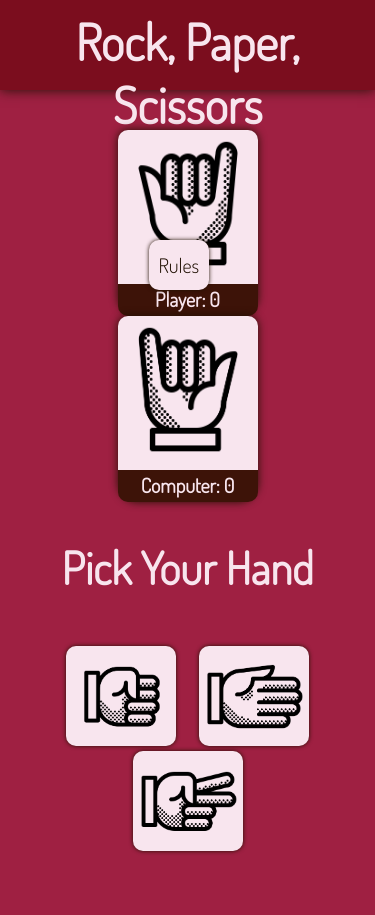
Repository: shayanabedi98/rock-paper-scissors
Page: index.html
An editor plug-in stored every save of this project. The page is shown before and after the next save, followed by the edit.
The browser window is 375 px wide. The pictures show the whole page.

Above is the page before, as saved 2023-07-21 13:25:56.

### index.html
<!DOCTYPE html>
<html lang="en">
<head>
    <meta charset="UTF-8">
    <meta name="viewport" content="width=device-width, initial-scale=1.0">
    <title>Rock, Paper, Scissors</title>
    <link rel="preconnect" href="https://fonts.googleapis.com">
    <link rel="preconnect" href="https://fonts.gstatic.com" crossorigin>
    <link href="https://fonts.googleapis.com/css2?family=Dosis:wght@300&display=swap" rel="stylesheet">
    <link rel="stylesheet" href="styles.css">
</head>
<body>
    <div class="dark-div">
    </div>
    <div class="header">
        <h1>Rock, Paper, Scissors</h1>
    </div>
    <div class="rules-btn">
        <button>Rules</button>
    </div>
    <div class="container">
        <div class="card">
            <div class="player">
                <img src="resources/startleft.png" alt="Starting image before game">
                <h3>Player: 0</h3>
            </div>
        </div>
        <div class="card">
            <div class="computer">
                <img src="resources/start.png" alt="Starting image before game">
                <h3>Computer: 0</h3>
            </div>
        </div>
    </div>
    <div class="caption">
        <h2>Pick Your Hand</h2>
    </div>
    <div class="button-container">
        <button class="btn" id="rock"><img src="resources/rockleft.png" alt="rock option"></button>
        <button class="btn" id="paper"><img src="resources/paperleft.png" alt="paper option"></button>
        <button class="btn" id="scissors"><img src="resources/scissorsleft.png" alt="scissors option"></button>
    </div>
    <div class="rules">
        <h1>Rules</h1>
        <p>Rock beats Scissors. <br>Paper beats Rock. <br>Scissors beats Paper. <br>You(Player) vs Computer. <br>Best 3/5 wins. <br>Simple enough?</p>
        <button>Close</button>
    </div>
    <script src="index.js"></script>
</body>
</html>

### styles.css
body {
    font-family:'Dosis', sans-serif;
    margin: 0;
    padding: 0;
    background-color: #9F2042;
    color: #F8E5EE;
}

h1 {
    font-size: 60px;
    margin-top: 0;

}

.dark-div {
    background-color: #211103;
    position: absolute;
    z-index: 1;
    width: 100%;
    height: 100%;
    opacity: 0;
    visibility: hidden;
}

.header {
    text-align: center;
    background-color: #7B0D1E;
    height: 120px;
    padding-top: 30px;
    box-shadow: 0 0 12px 0 #211103;
}

.rules-btn {
    text-align: center;
}

.rules-btn button {
    font-family: 'Dosis', sans-serif;
    font-size: 26px;
    background-color: #F8E5EE;
    color: #211103;
    width: 100px;
    height: 50px;
    cursor: pointer;
    border: 0;
    border-radius: 10px;
    box-shadow: 0 0 4px 0 #211103;
    position: absolute;
    margin-top: 250px;
    transform: translateX(-50px);
    text-align: center;
}

.caption {
    text-align: center;
    font-size: 30px;
}

.container {
    text-align: center;
    display: block;
    margin-top: 40px;
}

.card {
    display: inline-block;
    background-color: #F8E5EE;
    box-shadow: 0 0 8px 0 #211103;
    margin: 0 120px;
    border-radius: 10px 10px 20px 20px;
}

.card img {
    height: 350px;
    width: 345px;
}

.card h3 {
    font-size: 40px;
    color: #F8E5EE;
    background-color: #3D1308;
    margin-bottom: 0;
    height: 70px;
    padding-top: 10px;
    border-radius: 0  0 10px 10px;
}

.button-container {
    text-align: center;
    margin-top: 50px;
    height: 161px;
}

#rock, #paper, #scissors {
    font-family: 'Dosis', sans-serif;
    background-color: #F8E5EE;
    color: #211103;
    width: 110px;
    height: 100px;
    cursor: pointer;
    border: 0;
    border-radius: 10px;
    box-shadow: 0 0 4px 0 #211103;
    margin: 0 10px;
}

#rock img, #paper img, #scissors img {
    height: 100px;
}

#rock:hover, #paper:hover, #scissors:hover {
    box-shadow: 0 0 10px 0 #211103;
}

#rock:active, #paper:active, #scissors:active, #rock img:active, #paper img:active, #scissors img:active {
    box-shadow: none;
    height: 99px;
}

.rules {
    background-color: #F8E5EE;
    color: #211103;
    position: absolute;
    box-shadow: 0 0 10px 0 #211103;
    border-radius: 10px;
    text-align: center;
    margin-left: 40%;
    transform: translateY(-700px);
    width: 20%;
    z-index: 2;
    height: 450px;
    opacity: 0;
    visibility: hidden;
}

.rules p {
    font-size: 30px;
}

.rules button {
    font-family: 'Dosis', sans-serif;
    font-size: 26px;
    font-weight: 600;
    background-color: #F8E5EE;
    width: 80px;
    border: 0;
    text-decoration: overline;
    cursor: pointer;
}

.winner {
    text-align: center;
    margin-top: 350px;
}

.winner button {
    font-family: 'Dosis', sans-serif;
    font-size: 40px;
    font-family: 'Dosis', sans-serif;
    background-color: #F8E5EE;
    color: #211103;
    width: 200px;
    height: 100px;
    cursor: pointer;
    border: 0;
    border-radius: 10px;
    box-shadow: 0 0 4px 0 #211103;
}

@media (max-width: 1200px) {

    .rules-btn button {
        margin-top: 150px;
    }

    .card img {
        height: 210px;
        width: 200px;
    }
    .card h3 {
        margin-top: 0;
        font-size: 30px;
    }
}

@media (max-width: 900px) {

    .card {
        margin: 0 70px;
    }

    .card img {
        height: 190px;
        width: 180px;
    }
}

@media (max-width: 680px) {
    .rules-btn button {
        width: 60px;
        font-size: 20px;
        margin-left: 3%;
    }

    .card {
        margin: 0 50px;
    }
}

@media (max-width: 565px) {

    h1 {
        font-size: 50px;
    }

    .header {
        text-align: center;
        background-color: #7B0D1E;
        height: 80px;
        padding-top: 10px;
        box-shadow: 0 0 12px 0 #211103;
    }

    .card {
        margin: 0 40px;
    }

    .card img {
        height: 150px;
        width: 140px;
    }
    .card h3 {
        font-size: 20px;
        height: 30px;
        padding-top: 2px;
    }
}

### index.js
var scoreP = 0;
var scoreC = 0;
var winner = document.querySelector('.winner');
var caption = document.querySelector('.caption h2');
var rock = document.querySelector('#rock');
var paper = document.querySelector('#paper');
var scissors = document.querySelector('#scissors');
var computer = document.querySelector('.computer img');
var player = document.querySelector('.player img');
var btn = document.querySelectorAll('.btn');
var playerPick;
var computerPick;
var rules = document.querySelector('.rules');
var rulesClose = document.querySelector('.rules button');
var rulesButton = document.querySelector('.rules-btn button');
var darkDiv = document.querySelector('.dark-div');

//animations for the rules card
rulesButton.addEventListener('click', function() {
    rules.style.opacity = '100';
    rules.style.transition = "0.5s"
    rules.style.visibility = 'visible';
    darkDiv.style.opacity = '0.5';
    darkDiv.style.transition = "0.5s"
    darkDiv.style.visibility = 'visible';
});

rulesClose.addEventListener('click', function() {
    rules.style.visibility = 'hidden';
    rules.style.opacity = '0';
    rules.style.transition = "0.5s";
    darkDiv.style.visibility = 'hidden';
    darkDiv.style.opacity = '0';
    darkDiv.style.transition = "0.5s";
});

//game mechanics
function rng() {
    return Math.floor(Math.random() * 3) + 1;
};

rock.addEventListener('click', function() {
    player.src = 'resources/rockleft.png';
    playerPick = 'rock';
});
paper.addEventListener('click', function() {
    player.src = 'resources/paperleft.png';
    playerPick = 'paper';
});
scissors.addEventListener('click', function() {
    player.src = 'resources/scissorsleft.png';
    playerPick = 'scissors';
});

for (let i = 0; i < btn.length; i ++){
    btn[i].addEventListener('click', function() {
        rng();
        if (rng() === 1) {
            computer.src = 'resources/rock.png';
            computerPick = 'rock';
        } else if (rng() === 2) {
            computer.src = 'resources/paper.png';
            computerPick = 'paper';
        } else if (rng() === 3) {
            computer.src = 'resources/scissors.png';
            computerPick = 'scissors';
        }

        if (playerPick === computerPick) {
            caption.innerHTML = 'Tie!';
        }

        else if ((playerPick === 'rock' && computerPick === 'paper') || (playerPick === 'scissors' && computerPick === 'rock') || (playerPick === 'paper' && computerPick === 'scissors')) {
            caption.innerHTML = 'Point for Computer!';
            scoreC ++;
        }

        else if ((playerPick === 'rock' && computerPick === 'scissors') || (playerPick === 'scissors' && computerPick === 'paper') || (playerPick === 'paper' && computerPick === 'rock')) {
            caption.innerHTML = 'Point for Player!';
            scoreP ++;
        }

        document.querySelector('.player h3').innerHTML = 'Player: ' + scoreP;
        document.querySelector('.computer h3').innerHTML = 'Computer: ' + scoreC;

        if (scoreC === 3) {
            window.location.replace('./loser.html');
        } else if (scoreP === 3) {
            window.location.replace('./winner.html');

        }
    });
};

function playAgain() {
    window.location.replace('./index.html');
};

After the next save:
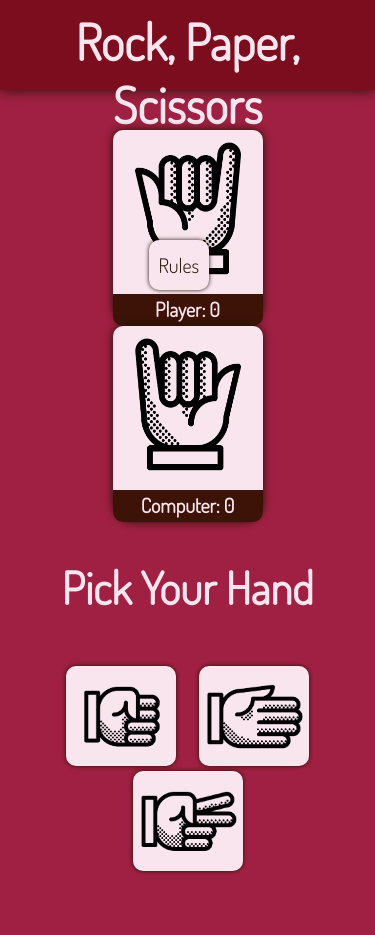
Saved 6 s later.
--- a/styles.css
+++ b/styles.css
@@ -226,8 +226,8 @@ h1 {
     }
 
     .card img {
-        height: 150px;
-        width: 140px;
+        height: 160px;
+        width: 150px;
     }
     .card h3 {
         font-size: 20px;
